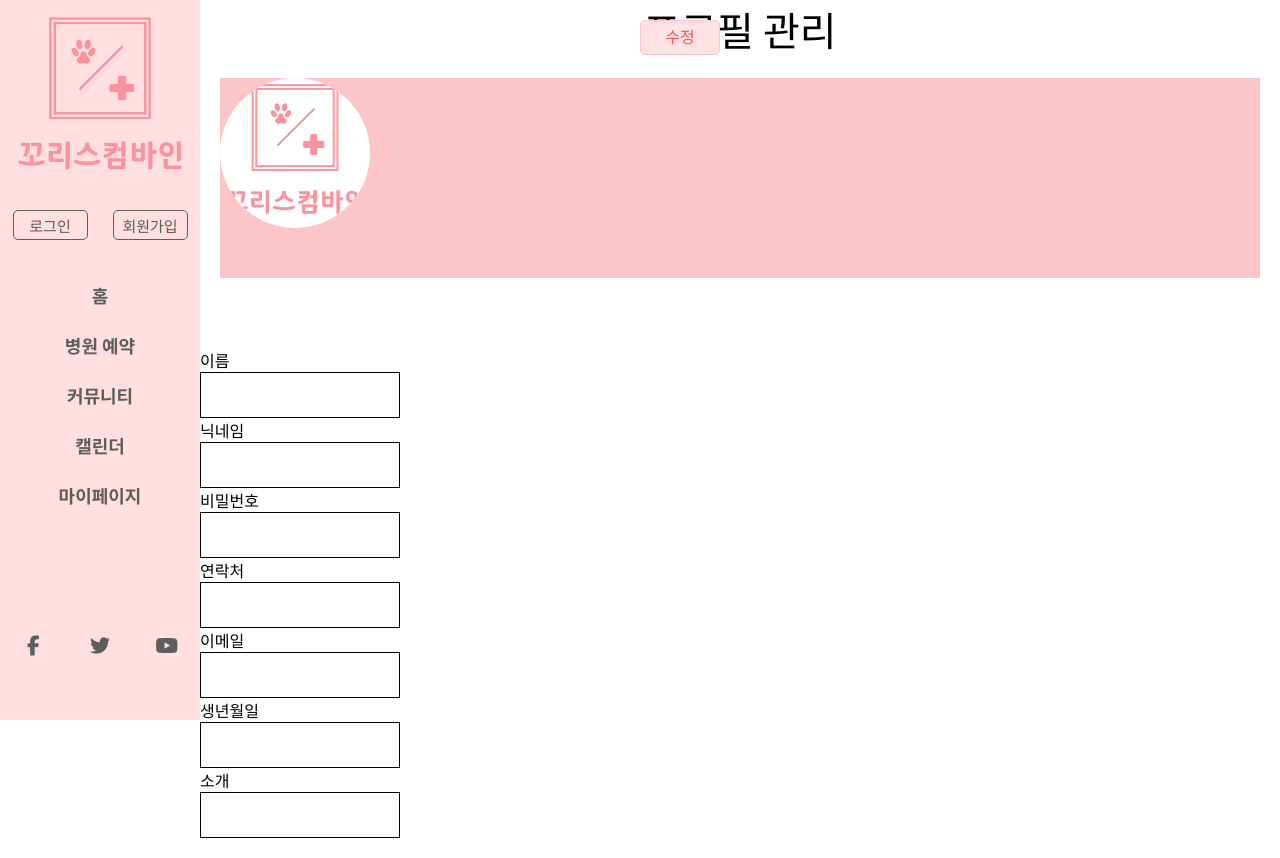
Repository: dodnam/kkoris
Page: http://localhost/1_kkoris/reservation2.jsp
The author's editor kept a copy of each file at every save. The page is drawn from the files as they stood at one save, then again after the next save.
The browser window is 1280 px wide. The pictures show the whole page.
Some web libraries are served in a nearby version. The page is served by Tomcat 9.

Above is the page before, as saved 2020-02-17 15:41:08.

### 1_kkoris/WebContent/reservation2.jsp
<%@ page language="java" contentType="text/html; charset=UTF-8"
    pageEncoding="UTF-8"%>
<!DOCTYPE html>
<html>
<head>
<meta charset="UTF-8">
<title>Insert title here</title>
<link rel="stylesheet" type="text/css" href="<%= request.getContextPath() %>/css/index.css"/>
<link rel="stylesheet" type="text/css" href="<%= request.getContextPath() %>/css/layout.css"/>
<style>
	.box_con{left:20px; right:20px; height:200px; background-color:#fcc6c9; position:absolute;}
	.box{width: 150px; height:150px; border-radius:70%; overflow:hidden; background-color:#fff;top:20px;}
	.profile{width: 100%; height:100%; object-fit:cover; display:block; margin:0px auto;}
	.userTitle{font-size:40px; text-align:center; top:30px;}
	.submit{line-height: 30px; text-align: center; background-color: #ffe3e4; color:#ff4e59;border: 1px solid #fcc6c9; border-radius: 5px; width: 80px; height: 35px; position: absolute;left:50%;top:20px; outline:none;}
	.boxBody{position:absolute; top:250px;}
</style>
</head>
<body>
	<%@ include file="views/layout.jsp" %>
	<div class="container">
    	<div class="userTitle">
			프로필 관리
    	</div>

    	<div class="input-container">
    		<div class="box_con">
	    		<div class="box">
	    			<img class="profile" src="<%= request.getContextPath() %>/images/logo.png">
	    		</div>
    		</div>
		    <div class="boxBody">
				<div class="input-box">
					<p class="input-label">이름</p><input type="text">
	    			<p class="input-label">닉네임</p><input type="text">
	    			<p class="input-label">비밀번호</p><input type="password">
	    			<p class="input-label">연락처</p><input type="text">
	    			<p class="input-label">이메일</p><input type="email">
	    			<p class="input-label">생년월일</p><input type="text">
	    			<p class="input-label">소개</p><input type="text">
	    		</div>
	    	</div>
    	</div>

    	<div class="submitBody">
    		<div class="submit">수정</div>
    	</div>
	</div>
</body>
</html>

### 1_kkoris/WebContent/views/layout.jsp
<%@ page language="java" contentType="text/html; charset=UTF-8"
    pageEncoding="UTF-8"%>
<!DOCTYPE html>
<html>
<head>
<meta charset="UTF-8">
<title>Insert title here</title>
<link href="https://fonts.googleapis.com/css?family=Noto+Sans+KR&display=swap" rel="stylesheet">
<script src="https://kit.fontawesome.com/18fd811fa1.js" crossorigin="anonymous"></script> <!-- sns아이콘 -->
<link rel="stylesheet" type="text/css" href="<%= request.getContextPath() %>/css/layout.css"/> <!-- 작성할 css를 연결 -->
</head>
<body>
	<header><!-- 헤더 -->
		<h1 class="logo"></h1>
		<nav>
      		<div class="login">
	        	<div><a href="#">로그인</a></div>
	        	<div><a href="#">회원가입</a></div>
	      	</div>
	      	<ul id="navigator">
	        	<li id="nav-home">
	         		<a href="#"><span>홈</span></a>
	         	</li>
	         	<li id="nav-hospital">
	         		<span>병원 예약</span>
         			<ul class="nav2-hospital" id="nav2-hospital">
         				<li><a href="#">병원 검색</a></li>
	         			<li><a href="#">예약 확인</a></li>
	         			<li><a href="#">병원 후기</a></li>
         			</ul>
	         	</li>
	         	<li id="nav-community">
	         		<span>커뮤니티</span>
         			<ul class="nav2-community" id="nav2-community">
	         			<li><a href="#">공지사항</a></li>
	         			<li><a href="#">후기 모아보기</a></li>
	         			<li><a href="#">지식 공유</a></li>
         			</ul>
	         	</li>
	         	<li id="nav-calendar">
	         		<a href="#"><span>캘린더</span></a>
	         	</li>
	         	<li id="nav-mypage">
	         		<span>마이페이지</span>
	         		<ul class="nav2-mypage" id="nav2-mypage">
		         		<li><a href="#">내 정보</a></li>
		         		<li><a href="#">예약 조회</a></li>
		         		<li><a href="#">포인트샵</a></li>
		         		<li><a href="#">내가 쓴 글 조회</a></li>
	         		</ul>
	         	</li>
	      	</ul>
		<dl>
	    	<dt class="blind">sns</dt>
	        <dd><a href="#"><i class="fab fa-facebook-f"></i></a></dd>
	        <dd><a href="#"><i class="fab fa-twitter"></i></a></dd>
	        <dd><a href="#"><i class="fab fa-youtube"></i></a></dd>
		</dl>
		</nav>
	</header>
	<footer></footer>
</body>
</html>

### 1_kkoris/WebContent/css/index.css
@charset "UTF-8";
/* 컨테이너 */
div.container{position: absolute; top:0; left:0; padding-left:200px; height:100%; width:100%; box-sizing:border-box;}
/* 섹션이 현재 1개이기 때문에 100% 2개면 200%, 3개면 300% */
/* 참고	section:nth-of-type(1) {section 중 첫번째 section에 접근} */
section.main {position:relative; height:100%; width:100%; background: url(../images/main-bg.jpg) no-repeat center center; background-size: contain;}
section.main > article.quickMenu > ul {position: absolute; top:calc(50% - 50px); left:calc(50% - 25%); width: 50%; height: 100px; display: flex;}
section.main > article.quickMenu {position: relative; width: 100%; height: 100%; background: rgba(0, 0, 0, 0.2);}
section.main > article.quickMenu > ul > li {width: 25%; height:100px;}
section.main > article.quickMenu > ul > li > a {color: #5d5d5d; display:block; font-size: 5em; text-align:center;}
section.main > article.quickMenu > ul > li > a > span {display: block; font-size: 15px;}
section.main > article.quickMenu > ul > li > a:hover {color: #fb929e;}

### 1_kkoris/WebContent/css/layout.css
@charset "UTF-8";
* {margin: 0; padding: 0; font-family: 'Noto Sans KR', sans-serif;}
*, *:before, *:after {box-sizing: border-box;}
html, body {width: 100%; height: 100%;}
table{border-collapse: collapse;}
img,fieldset{border: none;}
ol,ul{list-style: none;}
h1,h2,h3,h4,h5,h6{font-weight: normal; font-size: 100%;}
q:after,q:before{content: "";}
abbr,acronym{border:none;} /* 축약어 */
img,input,select{vertical-align: middle;}
hr{display: none;}
a {text-decoration: none; color: #000;}
header {position: fixed; width: 200px; height: 100%; background: #ffdfdf; z-index: 30;}
input{outline: none; background: none;}
.blind{position: absolute;left: 0;top: 0;width: 0;height: 0;font-size: 0;line-height: 0;text-indent: -9999px;overflow: hidden;visibility: hidden;}
.displaynone{display: none;}

/* input타입 1 (커서유입에 따른 스타일 변화)
	<div class="input-container"><label class="input-label">아이디</label><input type=""></div>
*/
div.input-container {position: relative; display: block; margin: 20px 0;}
div.input-container > input {width: 100%; height: 40px; line-height: 40px; font-size: 16px; border: none; border-bottom: 1px solid #5d5d5d;}
div.input-container.focus > input:focus {border-bottom: 1px solid #fb929e;}
label.input-label {position: absolute; font-size: 16px; transform: translateY(10px); color: #5d5d5d; transition: transform 0.2s ease; z-index: -1;}
div.input-container.focus > label.input-label {font-size: 12px; transform: translateY(-5px); text-transform: uppercase;}
div.input-container.focus.on > label.input-label {color: #fb929e;}

/* input타입 2 (박스형)
	<div class="input-box"><p class="input-label">라벨명</p><input type=""></div>
*/
div.input-box {position: relative; display: block; margin: 20px 0;}
div.input-box > input {width: 100%; padding: 10px; font-size: 16px; border: 1px solid #000;}
p.input-label {font-size: 16px; color: #000;}
p.input-info {font-size: 14px; color: #5d5d5d;}

/* input radio
	<input type="radio" name="test"><label class="radioLabel">라벨명1</label>
	<input type="radio" name="test"><label class="radioLabel">라벨명2</label>
*/
input[type=radio] {display: none;}
label.radioLabel {display: inline-block; position: relative; padding: 0 30px; cursor: pointer; line-height: 18px;}
label.radioLabel:before, label.radioLabel:after {position: absolute; border-radius: 50%; content: '';}
label.radioLabel:before {left: 0; top: 0; width: 18px; height: 18px; border: 2px solid #000;}
label.radioLabel:after {top: 5px; left: 5px; width: 8px; height: 8px; background: #fb929e; transform: scale(0);}
input[type="radio"]:checked + label.radioLabel:before {border-color: #fb929e; }
input[type="radio"]:checked + label.radioLabel:after {transform: scale(1);}

/* input submit
	<form>에서 submit되는 버튼을 위한 css (단, 검색 등의 다른 버튼은 blue베이스 스타일로 사용)
*/
div.input-submit {display: block; text-align: center; padding: 15px;}
input[type="submit"] {min-width: 50px; height: 30px; cursor: pointer; background: #ffdfdf; color: #5d5d5d; font-size: 14px; font-weight: 600; border: none; border-radius: 5px;}
input[type="submit"]:hover {background: #fb929e; color: #fff;}

/* select 옵션  */
div > select {font-size: 10pt; width: 100px; padding: .7em .5em; font-family: inherit; background: url(https://farm1.staticflickr.com/379/19928272501_4ef877c265_t.jpg) no-repeat 95% 50%; -webkit-appearance: none; -moz-appearance: none; appearance: none; outline:none; border:1px solid #5d5d5d;}

/* input 검색 (class="search_input") */
div > span > input.search_input{width: 250px;  padding: 12px 24px; font-size: 14px; line-height: 18px; color: #575756; background-size: 18px 18px; border-radius: 50px; border: 1px solid #5d5d5d; backface-visibility: hidden; right:20px; outline:none;}


/* 영역
	<div class="container">		// 아래css 외에 특정 스타일을 주어야할 때, 클래스를 추가로 부여하여 사용했음 (ex. class="container login")
		<div class="contents">
			구현 영역
		</div>
	</div>
*/
div.container {position: absolute; top:0; left:0; padding-left:200px; width: 100%; height: 100%; margin: 0 auto; box-sizing: border-box;}
div.contents {position:relative; margin: 0 auto;}
div.contents > h2 {font-weight: 700; font-size: 30px; color: #000; padding: 15px 0; text-align: center;}


/** 헤더 **/
h1.logo {
	text-indent: -9999px; overflow: hidden; width: 180px; height: 180px;
	margin: 10px auto; /* auto는 중앙에 놓음 */
	background: url(../images/logo.png) no-repeat; background-size: contain; /*contain = h1 사이즈에 맞춤*/
}
nav > div.login {display: flex; justify-content:space-around; font-size: 15px;}
				/*블락요소로 가로 정렬 함*/
nav > div.login > div {width: 75px; height: 30px;} /* 위 아래 마진, 좌 우 마진*/
nav > div.login > div > a {display: block; width: 100%; height: 100%; line-height: 30px; text-align: center; border: 1px solid #5d5d5d; border-radius: 5px;}
nav > div.login > div > a:hover {color: #fb929e; border: none; background: #fff6f6; font-weight: 600}

/* 메뉴 */
nav {margin-top: 20px;}
nav * {color: #5d5d5d;}
nav > ul {margin-top: 30px; text-align: center;}
nav > ul > li {width: 100%;}
nav > ul > li:hover {background: #fff6f6;}
nav > ul > li span {display:block; width: 100%; height: 100%; line-height: 50px; font-size: 18px; font-weight: 600; border-radius: 10px; cursor: pointer;}
nav > ul > li span:hover {color: #fb929e;}

nav > ul > li > ul[class^=nav2] {display: none;}
nav > ul > li > ul[class^=nav2] > li > a {display: block; line-height: 40px; font-size: 16px;}
nav > ul > li > ul[class^=nav2] > li > a:hover {color: #fb929e; font-weight: 600;}

nav > ul > li:hover > ul[class^=nav2] {display: block;}

/* sns */
nav > dl {position:absolute; bottom:50px; width:100%; height:50px; display:flex; justify-content:space-around;}
nav > dl > dd {width:50px; text-align:center;}
nav > dl > dd > a {display: block; width: 100%; height:100%; font-size:20px; line-height:50px; transition:all 0.2s ease 0s;}
nav > dl > dd > a:hover {font-size:25px;}

footer {position: fixed; bottom: 10px;}

After the next save:
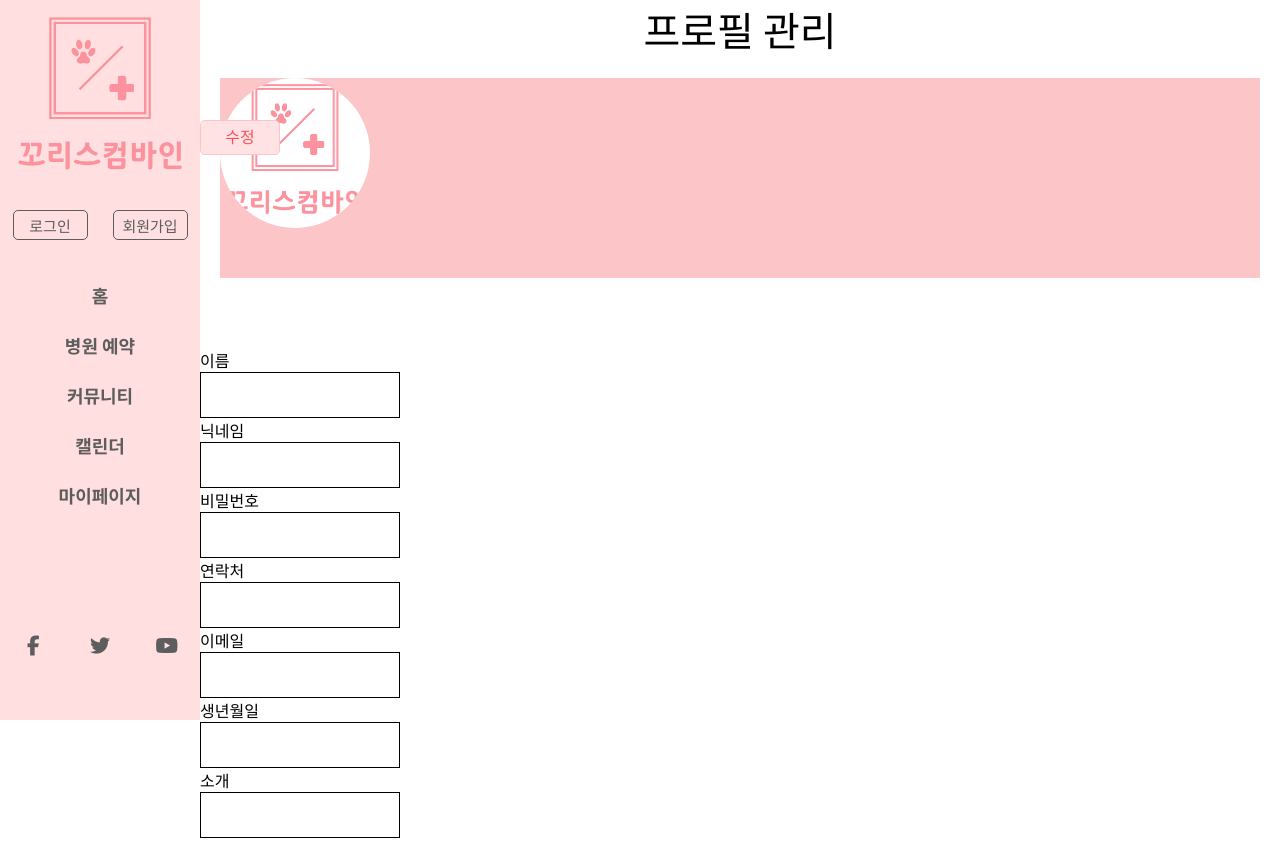
Saved 13 s later.
--- a/1_kkoris/WebContent/reservation2.jsp
+++ b/1_kkoris/WebContent/reservation2.jsp
@@ -14,6 +14,7 @@
 	.userTitle{font-size:40px; text-align:center; top:30px;}
 	.submit{line-height: 30px; text-align: center; background-color: #ffe3e4; color:#ff4e59;border: 1px solid #fcc6c9; border-radius: 5px; width: 80px; height: 35px; position: absolute;left:50%;top:20px; outline:none;}
 	.boxBody{position:absolute; top:250px;}
+	.submitBody{position:absolute; top:100px;}
 </style>
 </head>
 <body>
